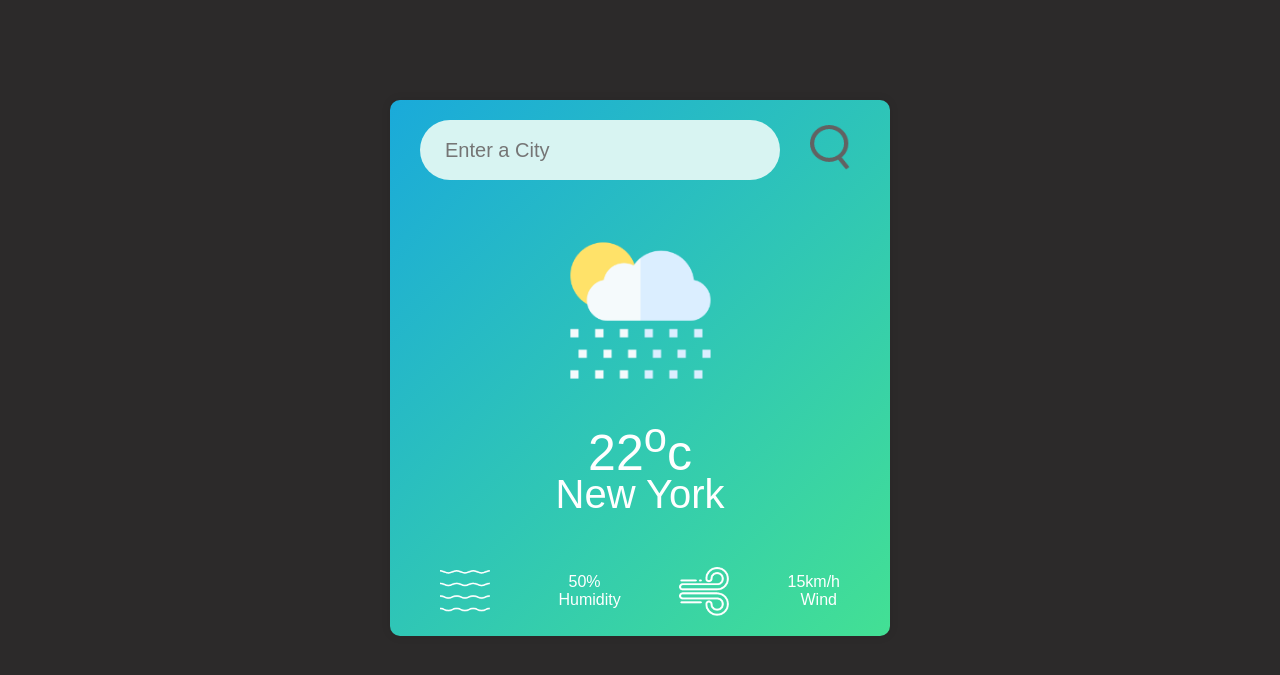
Repository: Haakim19/weatherApp
Page: index.html
The author's editor kept a copy of each file at every save. The page is drawn from the files as they stood at one save, then again after a run of saves.
The browser window is 1280 px wide. The pictures show the whole page.

Above is the page before, as saved 2024-11-16 21:47:32.

After the next 2 saves:
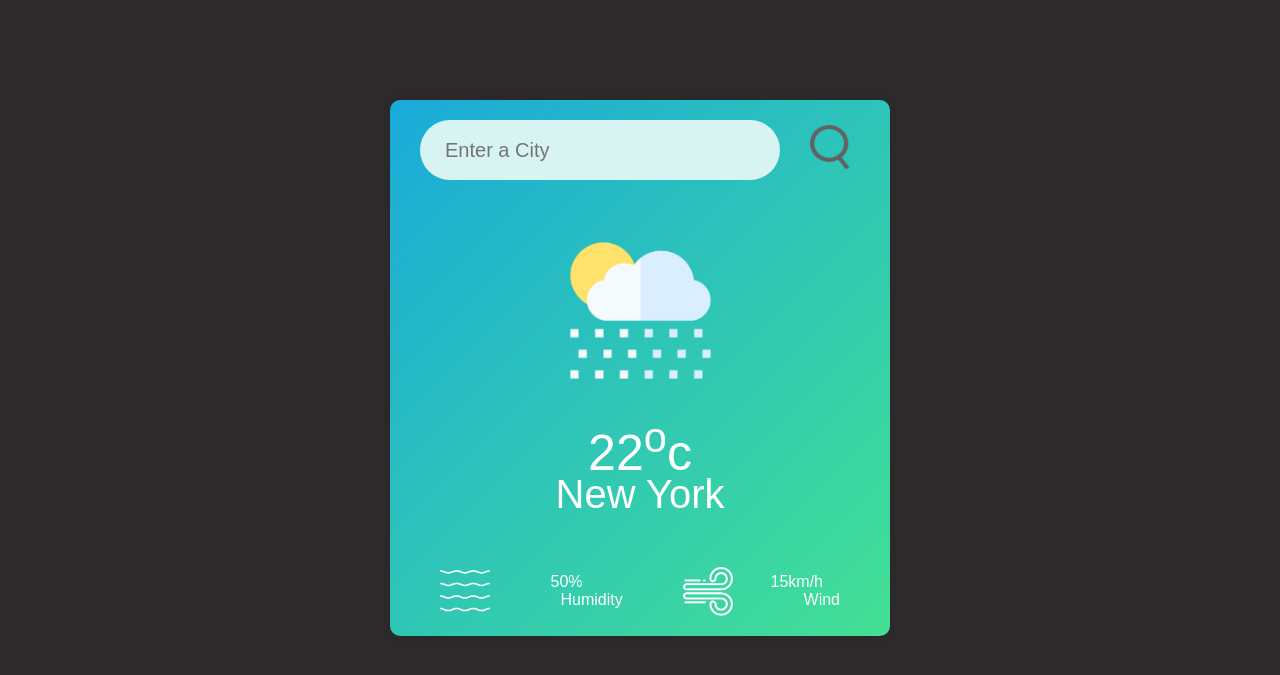
The 2 saves are shown as one change because they came seconds apart.
The last was saved 10 s later.
--- a/style.css
+++ b/style.css
@@ -83,5 +83,5 @@ body{
     margin-right: 10px;
 }
 .humidity,.wind{
-    margin-left: -10px;
+    margin-left: -50px;
 }
